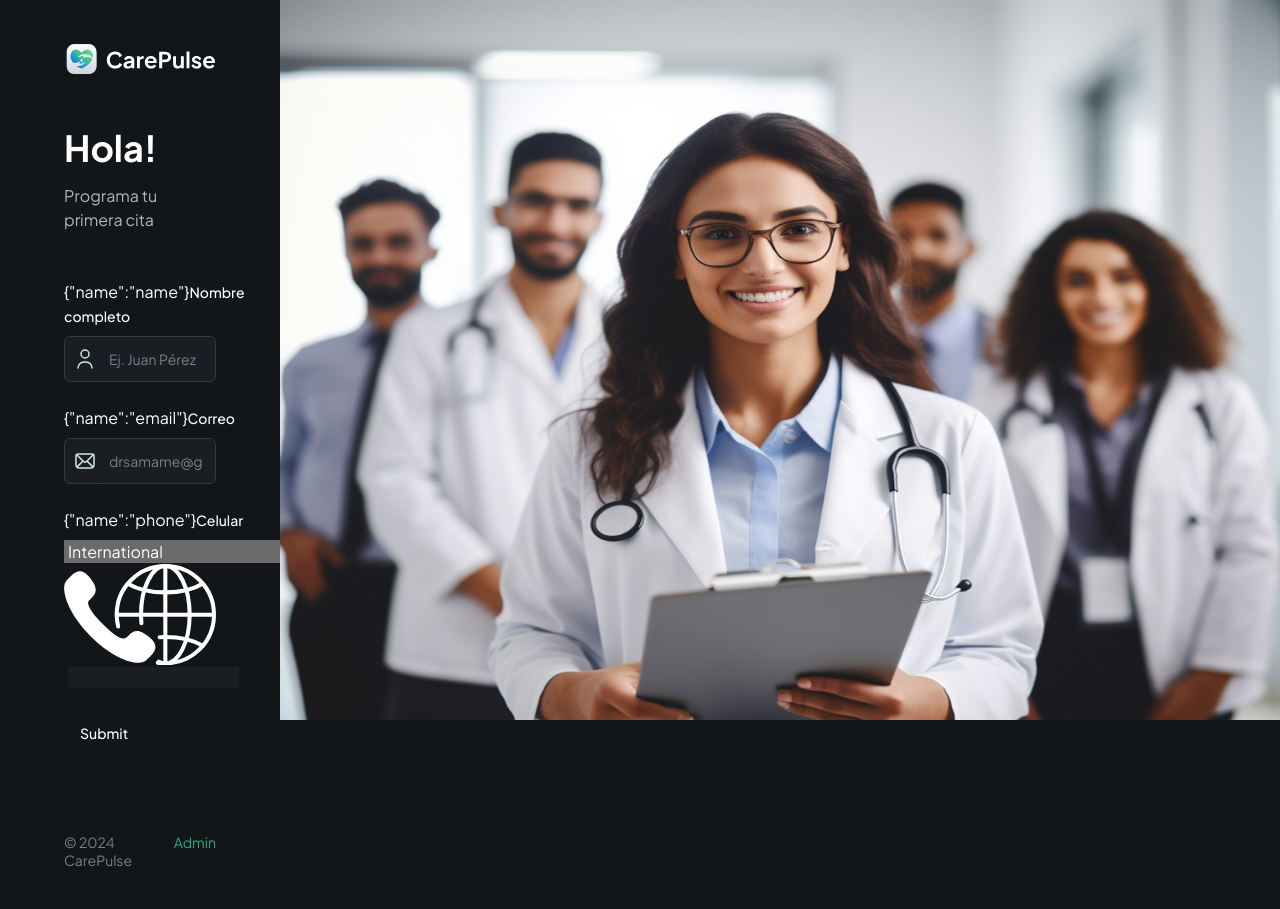
Repository: drsamame/healtcare
Page: /
An editor plug-in stored every save of this project. The page is shown before and after the next save, followed by the edit.
The browser window is 1280 px wide. The pictures show the whole page.
The project was rebuilt for these pictures with package versions that can differ from the ones it lists, and the page was loaded fresh each time. The framework's server and built-in components were replaced by stand-ins that run in the browser. Also part of the build but not shown: next.config.mjs.

Above is the page before, as saved 2024-07-09 16:42:08.

### app/layout.tsx
import type { Metadata } from 'next';
import { Plus_Jakarta_Sans } from 'next/font/google';
import { ThemeProvider } from "@/components/ui/theme-provider"
import './globals.css';

import { cn } from '@/lib/utils';

const fontSans = Plus_Jakarta_Sans({
	subsets: ['latin'],
	weight: ['300', '400', '500', '600', '700'],
	variable: '--font-sans',
});

export const metadata: Metadata = {
	title: 'CarePulse',
	description: 'Un sistema de cuidado de la salud en tiempo real',
};

export default function RootLayout({
	children,
}: Readonly<{
	children: React.ReactNode;
}>) {
	return (
		<html lang="es" suppressHydrationWarning>
			<body
				className={cn(
					'min-h-screen bg-dark-300 font-sans antialiased',
					fontSans.variable
				)}
			>
				<ThemeProvider
					attribute="class"
					defaultTheme="dark"
					enableSystem
					disableTransitionOnChange
				>
					{children}
				</ThemeProvider>
			</body>
		</html>
	);
}

### app/page.tsx
import PatientForm from '@/components/forms/PatientForm';
import Image from 'next/image';
import Link from 'next/link';

export default function Home() {
	return (
		<div className="flex h-screen max-h-screen">
			<section className="remove-scrollbar container my-auto">
				<div className="sub-container max-w-[496px]">
					<Image
						alt="patient"
						src="/assets/icons/logo-full.svg"
						height={1000}
						width={1000}
						className="mb-12 h-10 w-fit"
					></Image>
					<PatientForm />
					<div className="text-14-regular mt-20 flex justify-between">
						<p className="justify-items-end text-dark-600 xl:text-left">
							© 2024 CarePulse{' '}
						</p>
						<Link href="/?admin=true" className="text-green-500">
							Admin
						</Link>
					</div>
				</div>
			</section>

			<Image
				src="/assets/images/onboarding-img.png"
				width={1000}
				height={1000}
				alt="patient"
			></Image>
		</div>
	);
}

### components/forms/PatientForm.tsx
'use client';
import { zodResolver } from '@hookform/resolvers/zod';
import { useForm } from 'react-hook-form';
import { z } from 'zod';
import { Button } from '@/components/ui/button';
import { Form } from '@/components/ui/form';
import CustomFormField from '../CustomFormField';

export enum FormFieldType {
	INPUT = 'input',
	CHECKBOX = 'checkbox',
	TEXTAREA = 'textarea',
	PHONE = 'phone',
	DATEPICKER = 'datepicker',
	SELECT = 'select',
	SKELETON = 'skeleton',
}

const formSchema = z.object({
	username: z.string().min(2, {
		message: 'Username must be at least 2 characters.',
	}),
});

const PatientForm = () => {
	// 1. Define your form.
	const form = useForm<z.infer<typeof formSchema>>({
		resolver: zodResolver(formSchema),
		defaultValues: {
			username: '',
		},
	});

	// 2. Define a submit handler.
	function onSubmit(values: z.infer<typeof formSchema>) {
		console.log(values);
	}
	return (
		<Form {...form}>
			<form onSubmit={form.handleSubmit(onSubmit)} className="space-y-6 flex-1">
				<section className="mb-12 space-y-4">
					<h1 className="header">Hola!</h1>
					<p className="text-dark-700">Programa tu primera cita</p>
				</section>
				<CustomFormField
					fieldType={FormFieldType.INPUT}
					control={form.control}
					name="name"
					label="Nombre completo"
					placeholder="Ej. Juan Pérez"
					iconSrc="/assets/icons/user.svg"
					iconAlt="user"
				/>
				<CustomFormField
					fieldType={FormFieldType.INPUT}
					control={form.control}
					name="email"
					label="Correo"
					placeholder="drsamame@gmail.com"
					iconSrc="/assets/icons/email.svg"
					iconAlt="email"
				/>
				<CustomFormField
					fieldType={FormFieldType.PHONE}
					control={form.control}
					name="phone"
					label="Celular"
					placeholder="955061182"
					iconSrc="/assets/icons/email.svg"
					iconAlt="email"
				/>
				<Button type="submit">Submit</Button>
			</form>
		</Form>
	);
};

export default PatientForm;

### components/ui/button.tsx
import * as React from "react"
import { Slot } from "@radix-ui/react-slot"
import { cva, type VariantProps } from "class-variance-authority"

import { cn } from "@/lib/utils"

const buttonVariants = cva(
  "inline-flex items-center justify-center whitespace-nowrap rounded-md text-sm font-medium ring-offset-background transition-colors focus-visible:outline-none focus-visible:ring-2 focus-visible:ring-ring focus-visible:ring-offset-2 disabled:pointer-events-none disabled:opacity-50",
  {
    variants: {
      variant: {
        default: "bg-primary text-primary-foreground hover:bg-primary/90",
        destructive:
          "bg-destructive text-destructive-foreground hover:bg-destructive/90",
        outline:
          "border border-input bg-background hover:bg-accent hover:text-accent-foreground",
        secondary:
          "bg-secondary text-secondary-foreground hover:bg-secondary/80",
        ghost: "hover:bg-accent hover:text-accent-foreground",
        link: "text-primary underline-offset-4 hover:underline",
      },
      size: {
        default: "h-10 px-4 py-2",
        sm: "h-9 rounded-md px-3",
        lg: "h-11 rounded-md px-8",
        icon: "h-10 w-10",
      },
    },
    defaultVariants: {
      variant: "default",
      size: "default",
    },
  }
)

export interface ButtonProps
  extends React.ButtonHTMLAttributes<HTMLButtonElement>,
    VariantProps<typeof buttonVariants> {
  asChild?: boolean
}

const Button = React.forwardRef<HTMLButtonElement, ButtonProps>(
  ({ className, variant, size, asChild = false, ...props }, ref) => {
    const Comp = asChild ? Slot : "button"
    return (
      <Comp
        className={cn(buttonVariants({ variant, size, className }))}
        ref={ref}
        {...props}
      />
    )
  }
)
Button.displayName = "Button"

export { Button, buttonVariants }

### components/ui/form.tsx
"use client"

import * as React from "react"
import * as LabelPrimitive from "@radix-ui/react-label"
import { Slot } from "@radix-ui/react-slot"
import {
  Controller,
  ControllerProps,
  FieldPath,
  FieldValues,
  FormProvider,
  useFormContext,
} from "react-hook-form"

import { cn } from "@/lib/utils"
import { Label } from "@/components/ui/label"

const Form = FormProvider

type FormFieldContextValue<
  TFieldValues extends FieldValues = FieldValues,
  TName extends FieldPath<TFieldValues> = FieldPath<TFieldValues>
> = {
  name: TName
}

const FormFieldContext = React.createContext<FormFieldContextValue>(
  {} as FormFieldContextValue
)

const FormField = <
  TFieldValues extends FieldValues = FieldValues,
  TName extends FieldPath<TFieldValues> = FieldPath<TFieldValues>
>({
  ...props
}: ControllerProps<TFieldValues, TName>) => {
  return (
    <FormFieldContext.Provider value={{ name: props.name }}>
      <Controller {...props} />
    </FormFieldContext.Provider>
  )
}

const useFormField = () => {
  const fieldContext = React.useContext(FormFieldContext)
  const itemContext = React.useContext(FormItemContext)
  const { getFieldState, formState } = useFormContext()

  const fieldState = getFieldState(fieldContext.name, formState)

  if (!fieldContext) {
    throw new Error("useFormField should be used within <FormField>")
  }

  const { id } = itemContext

  return {
    id,
    name: fieldContext.name,
    formItemId: `${id}-form-item`,
    formDescriptionId: `${id}-form-item-description`,
    formMessageId: `${id}-form-item-message`,
    ...fieldState,
  }
}

type FormItemContextValue = {
  id: string
}

const FormItemContext = React.createContext<FormItemContextValue>(
  {} as FormItemContextValue
)

const FormItem = React.forwardRef<
  HTMLDivElement,
  React.HTMLAttributes<HTMLDivElement>
>(({ className, ...props }, ref) => {
  const id = React.useId()

  return (
    <FormItemContext.Provider value={{ id }}>
      <div ref={ref} className={cn("space-y-2", className)} {...props} />
    </FormItemContext.Provider>
  )
})
FormItem.displayName = "FormItem"

const FormLabel = React.forwardRef<
  React.ElementRef<typeof LabelPrimitive.Root>,
  React.ComponentPropsWithoutRef<typeof LabelPrimitive.Root>
>(({ className, ...props }, ref) => {
  const { error, formItemId } = useFormField()

  return (
    <Label
      ref={ref}
      className={cn(error && "text-destructive", className)}
      htmlFor={formItemId}
      {...props}
    />
  )
})
FormLabel.displayName = "FormLabel"

const FormControl = React.forwardRef<
  React.ElementRef<typeof Slot>,
  React.ComponentPropsWithoutRef<typeof Slot>
>(({ ...props }, ref) => {
  const { error, formItemId, formDescriptionId, formMessageId } = useFormField()

  return (
    <Slot
      ref={ref}
      id={formItemId}
      aria-describedby={
        !error
          ? `${formDescriptionId}`
          : `${formDescriptionId} ${formMessageId}`
      }
      aria-invalid={!!error}
      {...props}
    />
  )
})
FormControl.displayName = "FormControl"

const FormDescription = React.forwardRef<
  HTMLParagraphElement,
  React.HTMLAttributes<HTMLParagraphElement>
>(({ className, ...props }, ref) => {
  const { formDescriptionId } = useFormField()

  return (
    <p
      ref={ref}
      id={formDescriptionId}
      className={cn("text-sm text-muted-foreground", className)}
      {...props}
    />
  )
})
FormDescription.displayName = "FormDescription"

const FormMessage = React.forwardRef<
  HTMLParagraphElement,
  React.HTMLAttributes<HTMLParagraphElement>
>(({ className, children, ...props }, ref) => {
  const { error, formMessageId } = useFormField()
  const body = error ? String(error?.message) : children

  if (!body) {
    return null
  }

  return (
    <p
      ref={ref}
      id={formMessageId}
      className={cn("text-sm font-medium text-destructive", className)}
      {...props}
    >
      {body}
    </p>
  )
})
FormMessage.displayName = "FormMessage"

export {
  useFormField,
  Form,
  FormItem,
  FormLabel,
  FormControl,
  FormDescription,
  FormMessage,
  FormField,
}

### components/CustomFormField.tsx
'use client';
import React from 'react';

import {
	FormControl,
	FormDescription,
	FormField,
	FormItem,
	FormLabel,
	FormMessage,
} from '@/components/ui/form';
import { Input } from '@/components/ui/input';
import { Control } from 'react-hook-form';
import { FormFieldType } from './forms/PatientForm';
import Image from 'next/image';
import PhoneInput from 'react-phone-number-input'

interface Props {
	control: Control<any>;
	fieldType: FormFieldType;
	name: string;
	label?: string;
	placeholtder?: string;
	iconSrc?: string;
	iconAlt?: string;
	disabled?: boolean;
	dateFormat?: string;
	showTimeSelect?: boolean;
	children?: React.ReactNode;
	placeholder: string;
	renderSkeleton?: (field: any) => React.ReactNode;
}

const RenderField = ({ field, props }: { field: any; props: Props }) => {
	const { fieldType, iconSrc, iconAlt, placeholder } = props;
	switch (fieldType) {
		case FormFieldType.INPUT:
			return (
				<div className="flex rounded-md border border-dark-500 bg-dark-400">
					{iconSrc && (
						<Image
							src={iconSrc}
							height={24}
							alt={iconAlt || 'icon'}
							width={24}
							className="ml-2"
						/>
					)}
					<FormControl>
						<Input
							placeholder={placeholder}
							{...field}
							className="shad-input border-0"
						></Input>
					</FormControl>
				</div>
			);
        case FormFieldType.PHONE:
            return (
                <FormControl>
                    <PhoneInput />
                </FormControl>
            )
		default:
			break;
	}
	return <Input type="text" placeholder="Ej. Juan Pérez" />;
};

function CustomFormField(props: Props) {
	const { control, fieldType, name, label } = props;
	return (
		<FormField
			control={control}
			name={name}
			render={({ field }) => (
				<FormItem>
					{JSON.stringify(field)}
					{fieldType !== FormFieldType.CHECKBOX && label && (
						<FormLabel htmlFor={name}>{label}</FormLabel>
					)}
					<RenderField field={field} props={props}></RenderField>
					<FormMessage className="shad-error" />
				</FormItem>
			)}
		/>
	);
}

export default CustomFormField;

### components/ui/label.tsx
"use client"

import * as React from "react"
import * as LabelPrimitive from "@radix-ui/react-label"
import { cva, type VariantProps } from "class-variance-authority"

import { cn } from "@/lib/utils"

const labelVariants = cva(
  "text-sm font-medium leading-none peer-disabled:cursor-not-allowed peer-disabled:opacity-70"
)

const Label = React.forwardRef<
  React.ElementRef<typeof LabelPrimitive.Root>,
  React.ComponentPropsWithoutRef<typeof LabelPrimitive.Root> &
    VariantProps<typeof labelVariants>
>(({ className, ...props }, ref) => (
  <LabelPrimitive.Root
    ref={ref}
    className={cn(labelVariants(), className)}
    {...props}
  />
))
Label.displayName = LabelPrimitive.Root.displayName

export { Label }

### components/ui/input.tsx
import * as React from "react"

import { cn } from "@/lib/utils"

export interface InputProps
  extends React.InputHTMLAttributes<HTMLInputElement> {}

const Input = React.forwardRef<HTMLInputElement, InputProps>(
  ({ className, type, ...props }, ref) => {
    return (
      <input
        type={type}
        className={cn(
          "flex h-10 w-full rounded-md border border-input bg-background px-3 py-2 text-sm ring-offset-background file:border-0 file:bg-transparent file:text-sm file:font-medium placeholder:text-muted-foreground focus-visible:outline-none focus-visible:ring-2 focus-visible:ring-ring focus-visible:ring-offset-2 disabled:cursor-not-allowed disabled:opacity-50",
          className
        )}
        ref={ref}
        {...props}
      />
    )
  }
)
Input.displayName = "Input"

export { Input }

### tailwind.config.ts
import type { Config } from "tailwindcss";

const { fontFamily } = require("tailwindcss/defaultTheme");

const config = {
  darkMode: ["class"],
  content: [
    "./pages/**/*.{ts,tsx}",
    "./components/**/*.{ts,tsx}",
    "./app/**/*.{ts,tsx}",
    "./src/**/*.{ts,tsx}",
  ],
  prefix: "",
  theme: {
    container: {
      center: true,
      padding: "2rem",
      screens: {
        "2xl": "1400px",
      },
    },
    extend: {
      colors: {
        green: {
          500: "#24AE7C",
          600: "#0D2A1F",
        },
        blue: {
          500: "#79B5EC",
          600: "#152432",
        },
        red: {
          500: "#F37877",
          600: "#3E1716",
          700: "#F24E43",
        },
        light: {
          200: "#E8E9E9",
        },
        dark: {
          200: "#0D0F10",
          300: "#131619",
          400: "#1A1D21",
          500: "#363A3D",
          600: "#76828D",
          700: "#ABB8C4",
        },
      },
      fontFamily: {
        sans: ["var(--font-sans)", ...fontFamily.sans],
      },
      backgroundImage: {
        appointments: "url('/assets/images/appointments-bg.png')",
        pending: "url('/assets/images/pending-bg.png')",
        cancelled: "url('/assets/images/cancelled-bg.png')",
      },
      keyframes: {
        "accordion-down": {
          from: { height: "0" },
          to: { height: "var(--radix-accordion-content-height)" },
        },
        "accordion-up": {
          from: { height: "var(--radix-accordion-content-height)" },
          to: { height: "0" },
        },
        "caret-blink": {
          "0%,70%,100%": { opacity: "1" },
          "20%,50%": { opacity: "0" },
        },
      },
      animation: {
        "accordion-down": "accordion-down 0.2s ease-out",
        "accordion-up": "accordion-up 0.2s ease-out",
        "caret-blink": "caret-blink 1.25s ease-out infinite",
      },
    },
  },
  plugins: [require("tailwindcss-animate")],
} satisfies Config;

export default config;

Loaded but not shown: components/ui/theme-provider.tsx (common file); app/globals.css (common file); lib/utils.ts (common file)

After the next save:
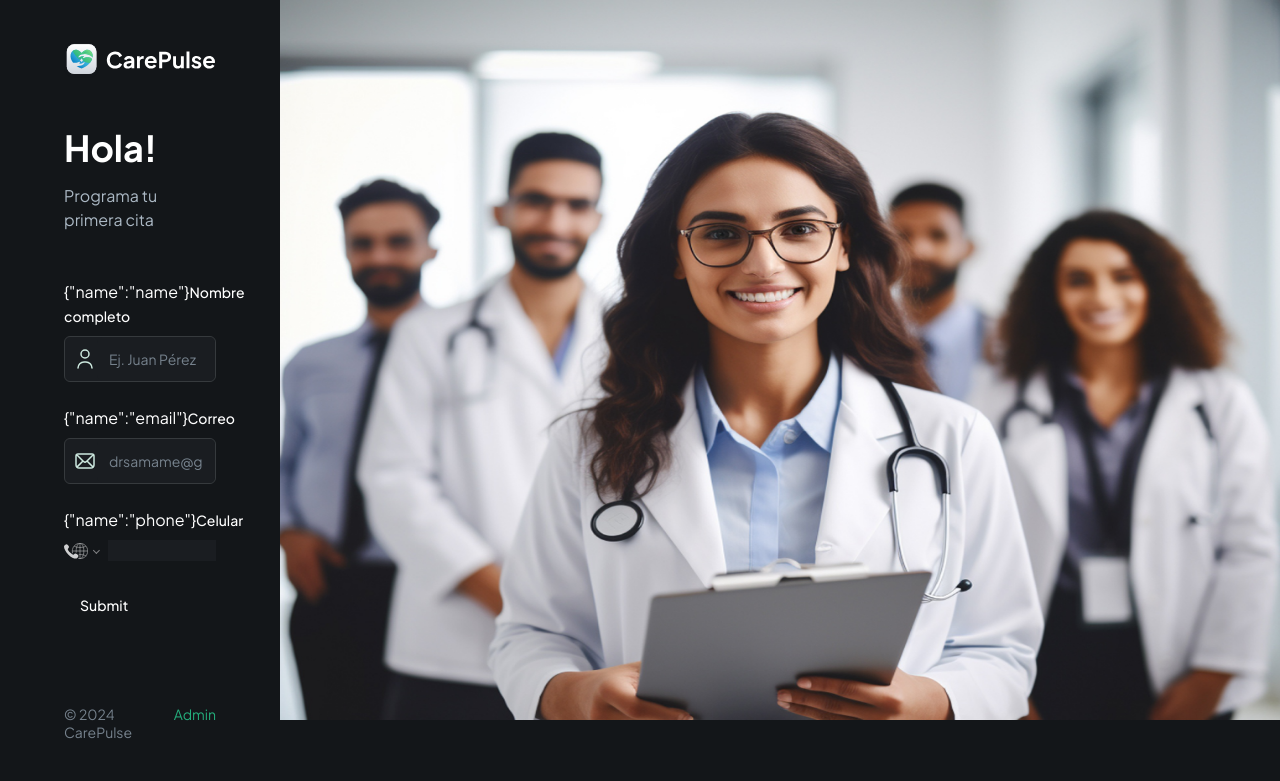
Saved 24 s later.
--- a/components/CustomFormField.tsx
+++ b/components/CustomFormField.tsx
@@ -13,6 +13,7 @@ import { Input } from '@/components/ui/input';
 import { Control } from 'react-hook-form';
 import { FormFieldType } from './forms/PatientForm';
 import Image from 'next/image';
+import 'react-phone-number-input/style.css'
 import PhoneInput from 'react-phone-number-input'
 
 interface Props {
